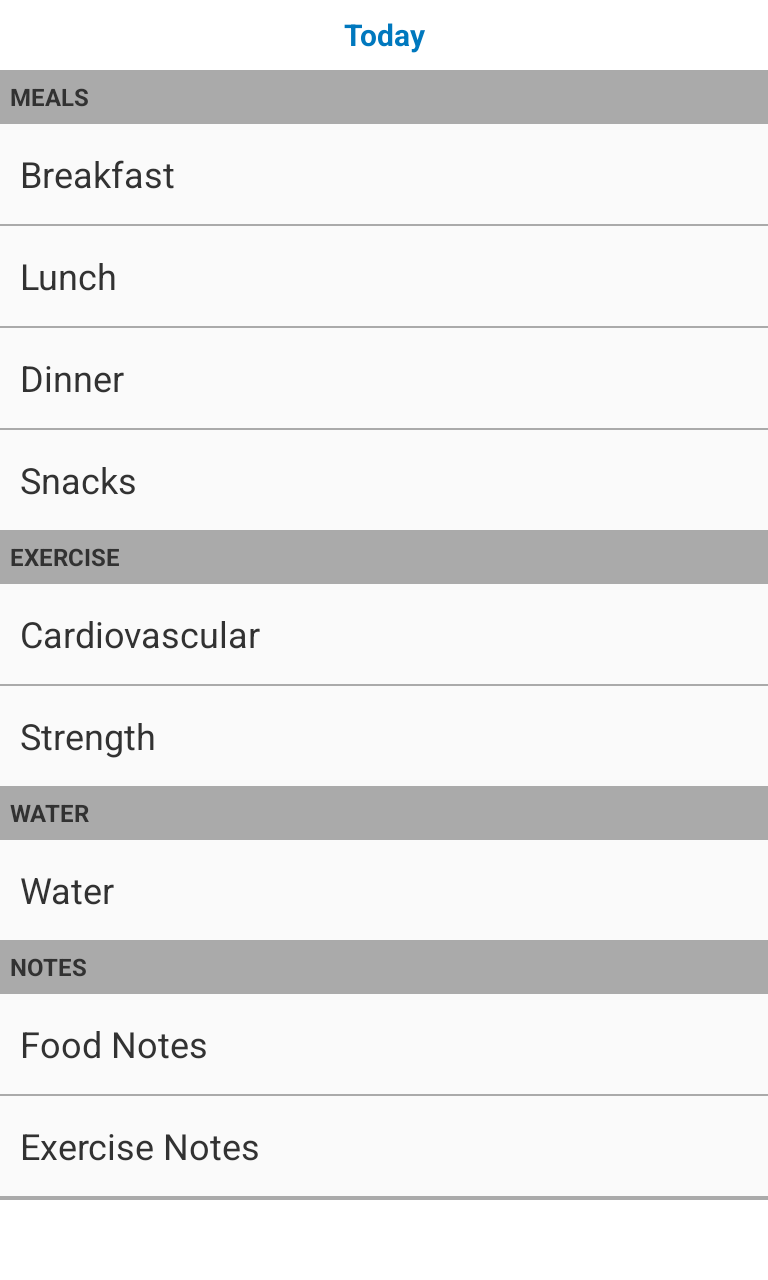
Repository: JieD/nutriy
Layout: NutriY/res/layout/fragment_add_entry.xml
An editor plug-in stored every save of this project. The layout is shown before and after the next save, followed by the edit.
It is drawn on a 768 x 1280 px phone screen (xhdpi) without system bars, with theme AppTheme; the app's code is not run.

Above is the layout before, as saved 2014-05-15 01:39:53.

After the next save:
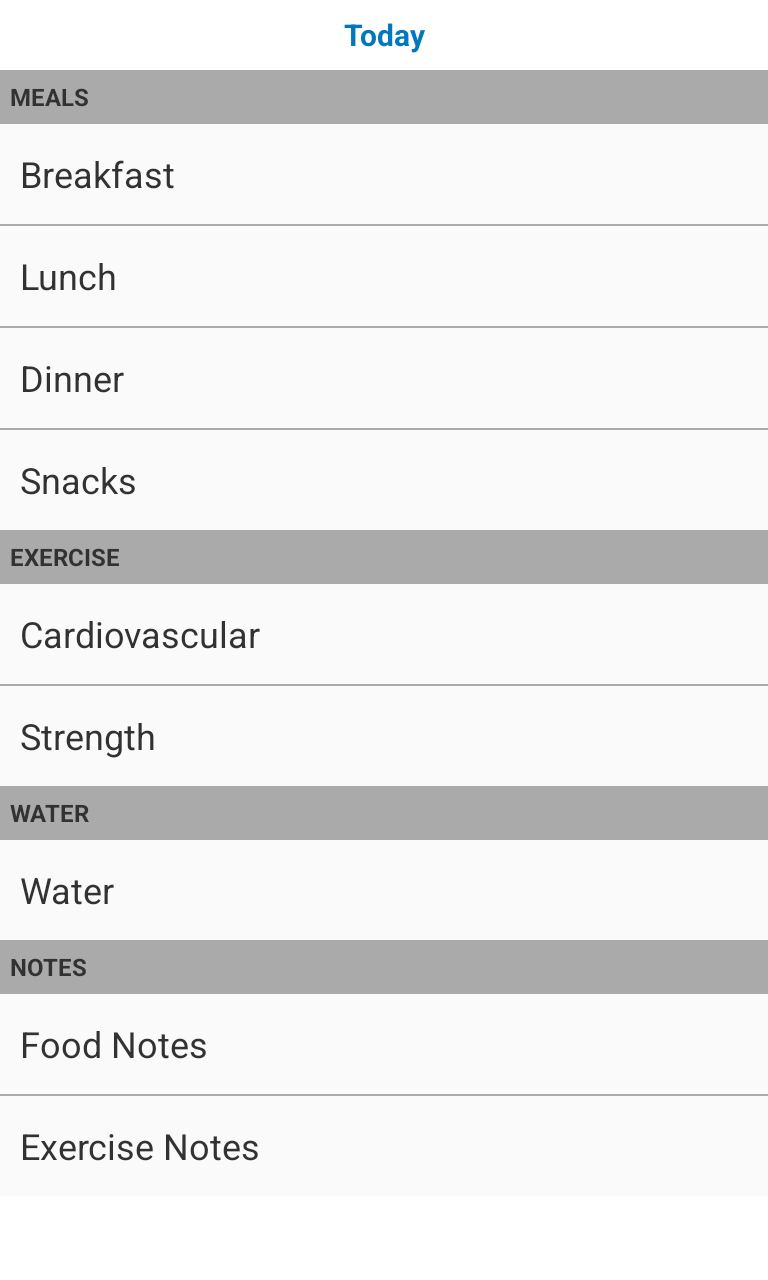
Saved 7 min 10 s later.
--- a/NutriY/res/layout/fragment_add_entry.xml
+++ b/NutriY/res/layout/fragment_add_entry.xml
@@ -2,7 +2,7 @@
 <ScrollView xmlns:android="http://schemas.android.com/apk/res/android"
     android:layout_width="match_parent"		android:layout_height="wrap_content" >
 
-	<LinearLayout
+<LinearLayout
 	    android:layout_width="match_parent"		 android:layout_height="wrap_content"
    		android:orientation="vertical"           android:background="@color/low_light_gray"
    		android:divider="@drawable/list_divider" android:showDividers="middle" >
@@ -86,8 +86,5 @@
 	        android:gravity="center_vertical"
 	        android:text = "@string/exercise_notes"      android:textSize="@dimen/medium_large_text_size"
 	        android:paddingLeft="@dimen/large_padding"/>
-
-	    <View android:layout_width="match_parent" android:layout_height="wrap_content"
-	        android:background="@drawable/list_divider" />
 	</LinearLayout>
 </ScrollView>
